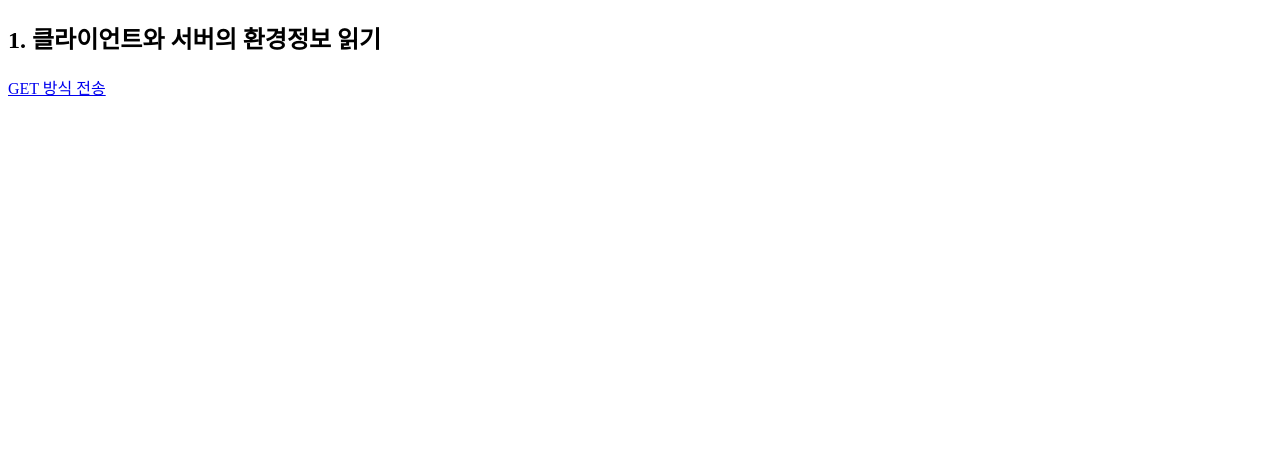
Repository: yu1na/JSP_Servlet
Page: http://localhost/MustHaveJSP/02ImplicitObject/RequestMain.jsp
The author's editor kept a copy of each file at every save. The page is drawn from the files as they stood at one save, then again after the next save.
The browser window is 1280 px wide. The pictures show the whole page.
The page is served by Tomcat 9. Other server files are loaded and not shown.

Above is the page before, as saved 2025-05-02 05:44:39.

### MustHaveJSP/src/main/webapp/02ImplicitObject/RequestMain.jsp
<%@ page language="java" contentType="text/html; charset=UTF-8"
    pageEncoding="UTF-8"%>
<!DOCTYPE html>
<html>
	<head>
	<meta charset="UTF-8">
	<title>내장객체 -request</title>
	</head>
	<body>
		<h2>1. 클라이언트와 서버의 환경정보 읽기</h2>
		<a href="./RequestWebInfo.jsp?eng=Hello&han=안녕">
			GET 방식 전송
		</a>
	</body>
</html>

After the next save:
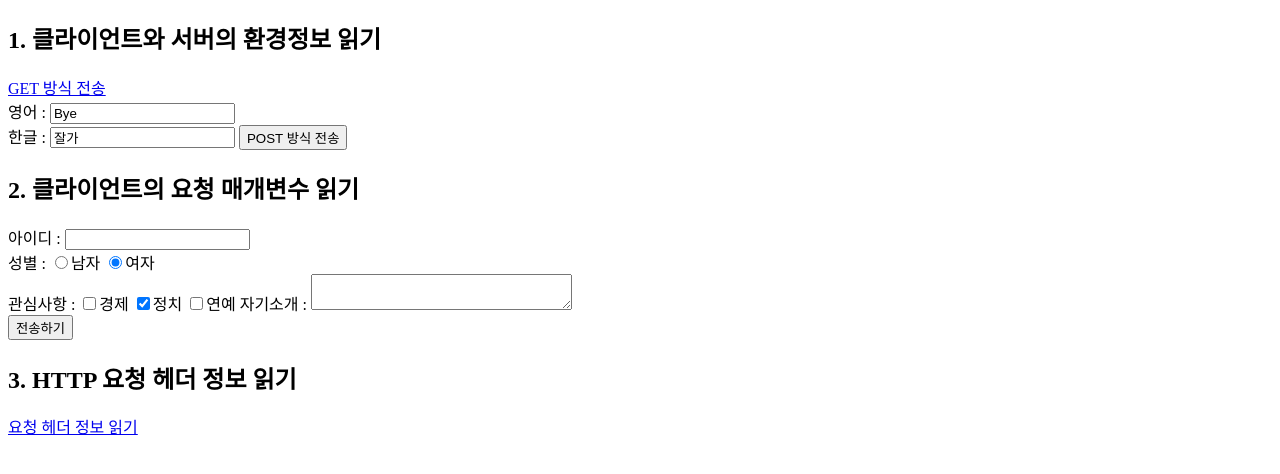
Saved 10 min 34 s later.
--- a/MustHaveJSP/src/main/webapp/02ImplicitObject/RequestMain.jsp
+++ b/MustHaveJSP/src/main/webapp/02ImplicitObject/RequestMain.jsp
@@ -11,5 +11,33 @@
 		<a href="./RequestWebInfo.jsp?eng=Hello&han=안녕">
 			GET 방식 전송
 		</a>
+		<br />
+		<form action="RequestWebInfo.jsp" method="post" accept-charset="utf-8">
+			영어 : <input type="text" name="eng" value="Bye" /><br />
+			한글 : <input type="text" name="han" value="잘가" />
+			<input type="submit" value="POST 방식 전송" />
+		</form>
+
+		<h2> 2. 클라이언트의 요청 매개변수 읽기</h2>
+		<form meyhod="post" action="RequestParameter.jsp">
+			아이디 : <input type="text" name="id" value="" /><br />
+			성별 :
+			<input type="radio" name="sex" value="man" />남자
+			<input type="radio" name="sex" value="woman" checked="checked"/>여자
+			<br />
+			관심사항 :
+			<input type="checkbox" name="favo" value="eco" />경제
+			<input type="checkbox" name="favo" value="pol" checked="checked" />정치
+			<input type="checkbox" name="favo" value="ent" />연예
+			자기소개 :
+			<textarea row="4" cols="30" name="intro"></textarea>
+			<br />
+			<input type="submit" value="전송하기" />
+		</form>
+
+		<h2>3. HTTP 요청 헤더 정보 읽기</h2>
+		<a href="RequestHeader.jsp">
+			요청 헤더 정보 읽기
+		</a>
 	</body>
 </html>
